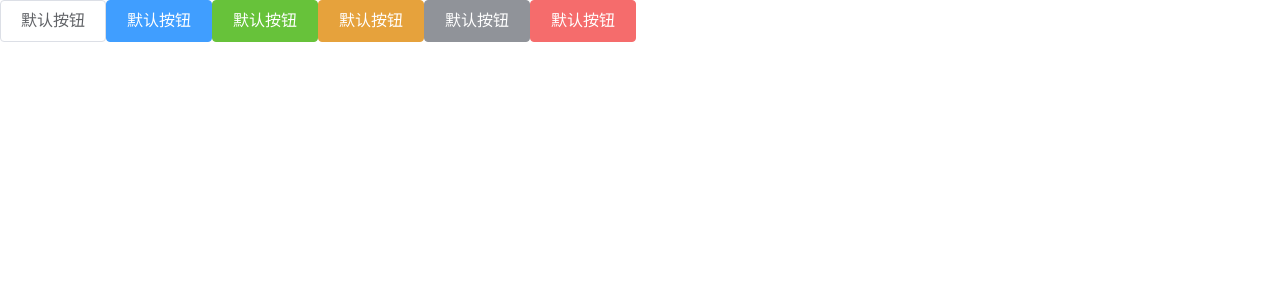
Repository: onlyadaydreamer/dreamer-ui
Page: /
These files come from the project's save history. The page is drawn as it stood at one moment and after the next save; the edit follows.
The browser window is 1280 px wide. The pictures show the whole page.
The project was rebuilt for these pictures with package versions that can differ from the ones it lists, and the page was loaded fresh each time. Also part of the build but not shown: src/styles/icon.js, src/packages/index.js.

Above is the page before, as saved 2020-05-13 15:14:55.

### src/main.js
import Vue from 'vue'
import App from './App.vue'

Vue.config.productionTip = false

import dreamerUI from './packages/index';
Vue.use(dreamerUI);

new Vue({
  render: h => h(App),
}).$mount('#app')

### src/App.vue
<template>
  <div id="app">
    <dreamer-button>默认按钮</dreamer-button>
    <dreamer-button type="primary">默认按钮</dreamer-button>
    <dreamer-button type="success">默认按钮</dreamer-button>
    <dreamer-button type="warning">默认按钮</dreamer-button>
    <dreamer-button type="info">默认按钮</dreamer-button>
    <dreamer-button type="danger">默认按钮</dreamer-button>
  </div>
</template>

<script>

export default {

}
</script>

<style lang="scss">

</style>

### src/packages/button.vue
<template>
    <button class="dreamer-button" :class="btnClass">
        <span v-if="this.$slots.default">
            <slot></slot>
        </span>
    </button>
</template>

<script>
export default {
    name: 'dreamer-button',
    props: {
        type: {
            type: String,
            default: '',
            validator(type) {
                if (type && !['primary', 'success', 'warning', 'info', 'danger'].includes(type)) {
                    console.error('type类型必须为' + ['primary', 'success', 'warning', 'info', 'danger'].join('、'));
                }
                return true;
            }
        }
    },
    computed: {
        btnClass() {
            let classes = [];
            if (this.type) {
                classes.push(`dreamer-button-${this.type}`);
            }
            return classes;
        }
    }
}
</script>

<style lang="scss">
@import '../styles/_var.scss';
$height: 42px;
$font-size: 16px;
$color: #606266;
$border-color: #dcdfe6;
$background: #ecf5ff;
$active-color: #3a8ee6;

.dreamer-button {
  border-radius: $border-radius;
  border: 1px solid $border-color;
  color: $color;
  background: #fff;
  height: 42px;
  cursor: pointer;
  font-size: $font-size;
  line-height: 1;
  padding: 12px 20px;
  display: inline-flex;
  justify-content: center;
  vertical-align: middle;
  &:hover {
      border-color: $border-color;
      background-color: $background;
  }
  &:focus, &:active {
      color: $active-color;
      border: 1px solid $active-color;
      outline: none;
      background-color: $background;
  }
//   &-primary {}
//   &-success {}
//    ... 这么一遍一遍写太麻烦
@each $type, $color in (primary: $primary, success: $success, info: $info, warning: $warning, danger: $danger) {
    &-#{$type} {
        background: #{$color};
        border: 1px solid #{$color};
        color: #fff;
    }
}
@each $type, $color in (primary: $primary-hover, success: $success-hover, info: $info-hover, warning: $warning-hover, danger: $danger-hover) {
    &-#{$type}:hover {
        background: #{$color};
        border: 1px solid #{$color};
        color: #fff;
    }
}
@each $type, $color in (primary: $primary-active, success: $success-active, info: $info-active, warning: $warning-active, danger: $danger-active) {
    &-#{$type}:active,&-#{$type}:focus {
        background: #{$color};
        border: 1px solid #{$color};
        color: #fff;
    }
}
}
</style>

### src/styles/_var.scss
$border-radius: 4px;

$primary: #409EFF;
$success: #67C23A;
$warning: #E6A23C;
$danger: #F56C6C;
$info: #909399;

$primary-hover: #66B1FF;
$success-hover: #85CE61;
$warning-hover: #EBB563;
$danger-hover: #F78989;
$info-hover: #A6A9AD;

$primary-active: #3A8EE6;
$success-active: #5DAF34;
$warning-active: #CF9236;
$danger-active: #DD6161;
$info-active: #82848A;

* {
    padding: 0;
    margin: 0;
    box-sizing: border-box;
}

### src/packages/icon.vue
<template>
   <svg class="icon" aria-hidden="true">
        <use xlink:href="#icon-search"></use>
    </svg>
</template>

<script>
import '../styles/icon';
export default {
    name: 'dreamer-icon'
}
</script>

<style>

</style>

Loaded but not shown: public/index.html (common file)

After the next save:
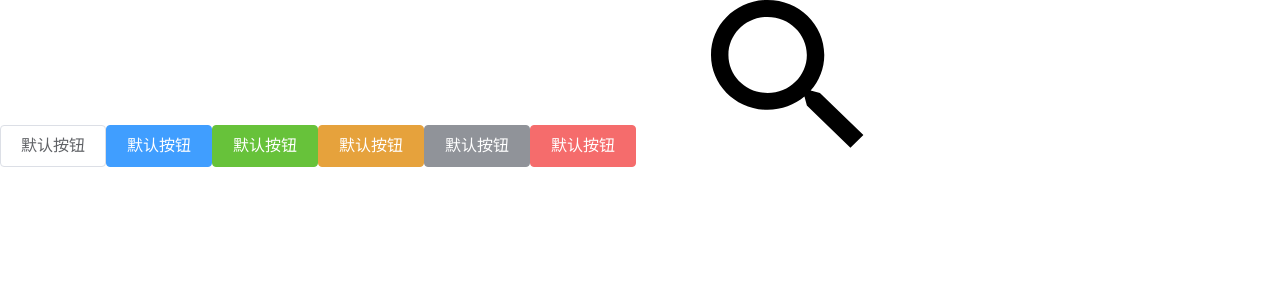
Saved 26 s later.
--- a/src/App.vue
+++ b/src/App.vue
@@ -6,6 +6,8 @@
     <dreamer-button type="warning">默认按钮</dreamer-button>
     <dreamer-button type="info">默认按钮</dreamer-button>
     <dreamer-button type="danger">默认按钮</dreamer-button>
+
+    <dreamer-icon></dreamer-icon>
   </div>
 </template>
 
